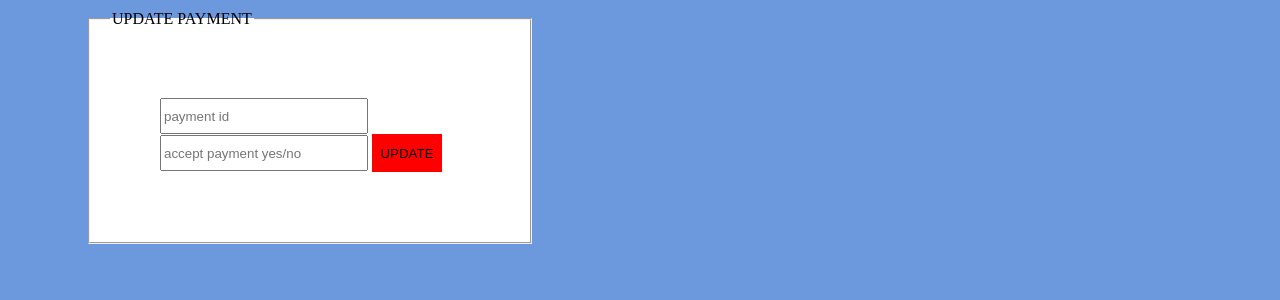
Repository: Nihara-R/Vehicle-Insurance-Portal
Page: http://localhost/paymentupdate.php
These files come from the project's save history. The page is drawn as it stood at one moment and after the next save; the edit follows.
The browser window is 1280 px wide. The pictures show the whole page.
The page is run by PHP 8.4 with error messages shown; the project is at /var/www/html/.

Above is the page before, as saved 2023-06-29 09:08:21.

After the next save:
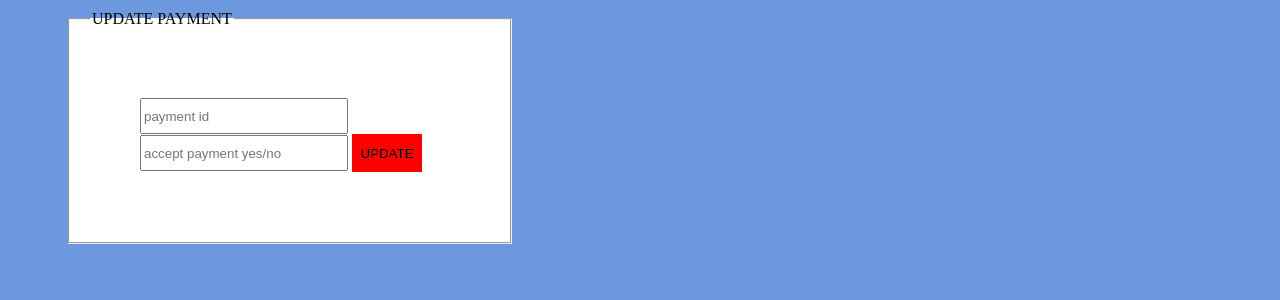
Saved 16 s later.
--- a/css/deletuser.css
+++ b/css/deletuser.css
@@ -19,7 +19,7 @@ fieldset{
   padding: 20px;
   align-items: center;
   justify-content: center;
-  margin-left: 80px;
+  margin-left: 60px;
   margin-top: 10px;
 
   background: white;
